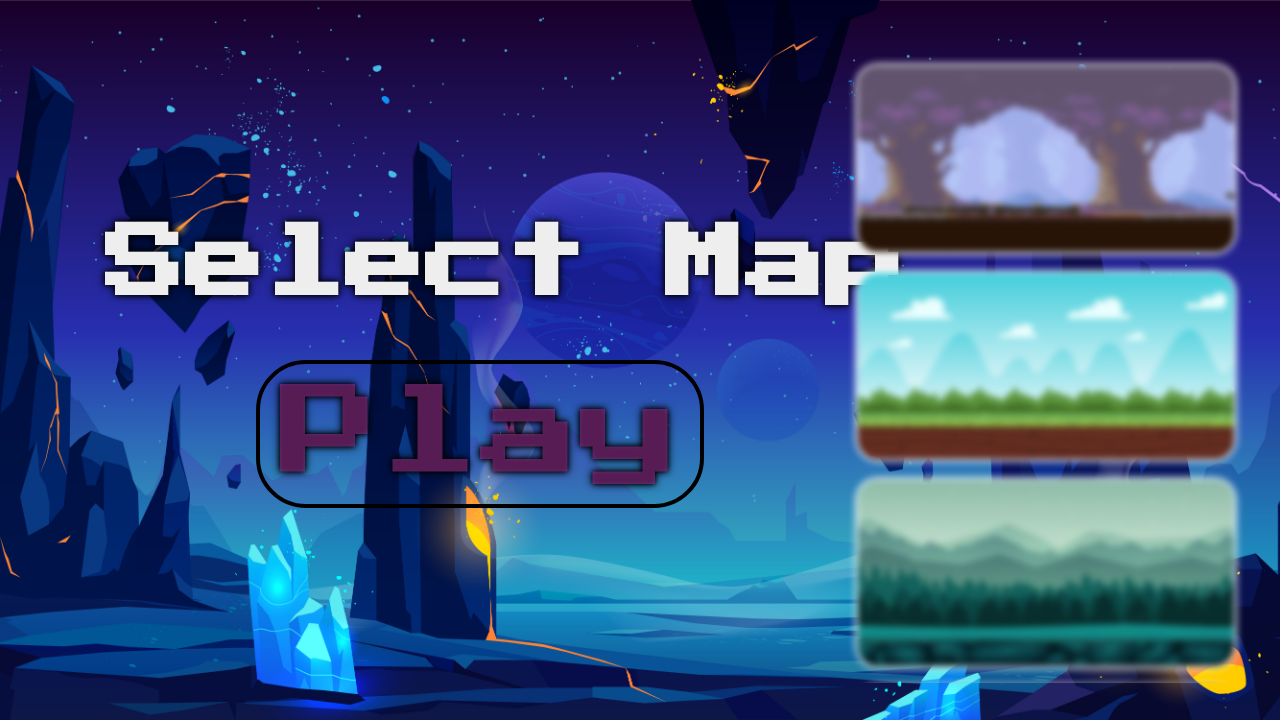
Repository: Gaurav31052/Fighting-game
Page: home.html
These files come from the project's save history. The page is drawn as it stood at one moment and after a run of saves; the edit follows.
The browser window is 1280 px wide. The pictures show the whole page.
An inner scrolling area shows only its first screen.

Above is the page before, as saved 2024-06-06 23:38:06.

### home.html
<!DOCTYPE html>
<html lang="en">

<head>
    <meta charset="UTF-8">
    <meta name="viewport" content="width=device-width, initial-scale=1.0">
    <title>Document</title>
    <link href="https://fonts.googleapis.com/css2?family=Press+Start+2P&display=swap" rel="stylesheet">
    <link rel="stylesheet" href="style.css">
</head>

<body>


    <!-- carousel -->
    <div class="carousel">
        <!-- list item -->
        <div class="list">
            <div class="item">

                <div class="MapName">
                   <h1 id="name">Select Map</h1>
                </div>

                <img id="mainbox" src="img/home.jpg" alt="">

                <button id="btn"><a href='game.html'>Play</a></button>
            </div>

        </div>


        <!-- list thumnail -->
        <div class="thumbnail" id="about">

            <div class="item" id="bg1"><img class="myimg" src="./img/background1.jpg" alt=""></div>
            <div class="item" id="bg2"><img class="myimg" src="./img/background2.jpg" alt=""></div>
            <div class="item" id="bg3"><img class="myimg" src="./img/background3.jpg" alt=""></div>
            <div class="item" id="bg4"><img class="myimg" src="./img/background4.jpg" alt=""></div>
            <div class="item" id="bg5"><img class="myimg" src="./img/background5.jpg" alt=""></div>
            <div class="item" id="bg6"><img class="myimg" src="./img/background6.jpg" alt=""></div>
            <!-- <div class="item"><img src="img/background.jpg" alt=""></div>
                <div class="item"><img src="img/background.jpg" alt=""></div>
                <div class="item"><img src="img/background.jpg" alt=""></div>
                <div class="item"><img src="img/background.jpg" alt=""></div>
                <div class="item"><img src="img/background.jpg" alt=""></div> -->

        </div>


    </div>

    <script src="home.js"></script>

</body>

</html>

### style.css

body {
    margin: 0;
    background-color: #000;
    color: #eee;
    font-family: Poppins;
    font-size: 12px;
    overflow: hidden;
}

a {
    text-decoration: none;
    color: #8b2c84a2;
}

/* carousel */
.carousel {
    height: 100vh;
    width: 100vw;
    overflow: hidden;
    position: relative;
}

.carousel .list .item {
    width: 100%;
    height: 100%;
    position: absolute;
    inset: 0 0 0 0;

}

.carousel .list .item img {
    width: 100%;
    height: 100%;
    object-fit: cover;

}

.carousel .list .item button {

    position: absolute;
    top: 50%;
    left: 20%;
    font-size: 100px;
    font-family: "Press Start 2P", system-ui;
    text-align: center;
    /* padding-top: 100px; */
    text-shadow: 0 0 10px #000000, 0 0 5px #000000;
   padding: 20px;
    background: transparent;
    border: none;
}
#btn{
    border: 4px solid black;
    border-radius: 50px;

}

.MapName {
    /* background: red; */
    position: absolute;
    height: 130px;
    width: 830px;
    top: 200px;
    left: 90px;
    display: flex;
    justify-content: space-around;
    align-items: center;
    font-family: "Press Start 2P", system-ui;
    text-shadow: 0 0 10px #000000, 0 0 5px #000000;
}
.MapName>h1{
    font-size: 80px;
}



/* thumbail */
.thumbnail {
    position: absolute;
    top: 6%;
    left: 65%;
    width: max-content;
    z-index: 100;
    gap: 15px;
    width: 460px;
    height: 615px;
    overflow: scroll;
    padding: 5px;
    padding-top: 20px;

    scroll-behavior: initial;
    display: flex;
    flex-direction: column;
    align-items: center;

}

.thumbnail .item {
    width: fit-content;
    flex-shrink: 0;
    position: relative;
    list-style-type: none;
    padding: 3px;
}

#about {
    scrollbar-width: none;
}

.thumbnail .item img {
    width: 90%;
    height: 100%;
    object-fit: cover;
    border-radius: 20px;
    box-shadow: 0 0 5px #fff, 0 0 5px #fff, 0 0 5px #fff, 0 0 5px #fff;
}

.myimg {
    filter: blur(3px);
}

.myimg:hover {
    filter: none;
    scale: 1.1;
    transition: 0.5s ease-in;
}

#leftimg {
    scale: 4;
}

#rightimg {
    scale: 3;
}

### home.js
let userchoice;

const setmap = document.getElementById("mainbox");
const choices = document.querySelectorAll(".myimg");
choices.forEach((e) => {
    e.addEventListener("click", () => {
        userchoice = e.getAttribute("src");
        setmap.src = userchoice;
        localStorage.setItem(1,userchoice);
        console.log(userchoice);
        if(userchoice === "./img/background1.jpg"){
            document.getElementById('name').innerHTML = "Bloom";
        }
        else if(userchoice === "./img/background2.jpg"){
            document.getElementById('name').innerHTML = "Skyris";
        }
        else if(userchoice === "./img/background3.jpg"){
            document.getElementById('name').innerHTML = "Night Hawl";
        }
        else if(userchoice === "./img/background4.jpg"){
            document.getElementById('name').innerHTML = "Caves";
        }
        else if(userchoice === "./img/background5.jpg"){
            document.getElementById('name').innerHTML = "Bind";
        }
        else if(userchoice === "./img/background6.jpg"){
            document.getElementById('name').innerHTML = "Forest";
        }
    })
});

var home_music =new Audio("./audio/background sound.mp3");
home_music.play();
home_music.loop=true;
home_music.volume=0.1;

After the next 8 saves:
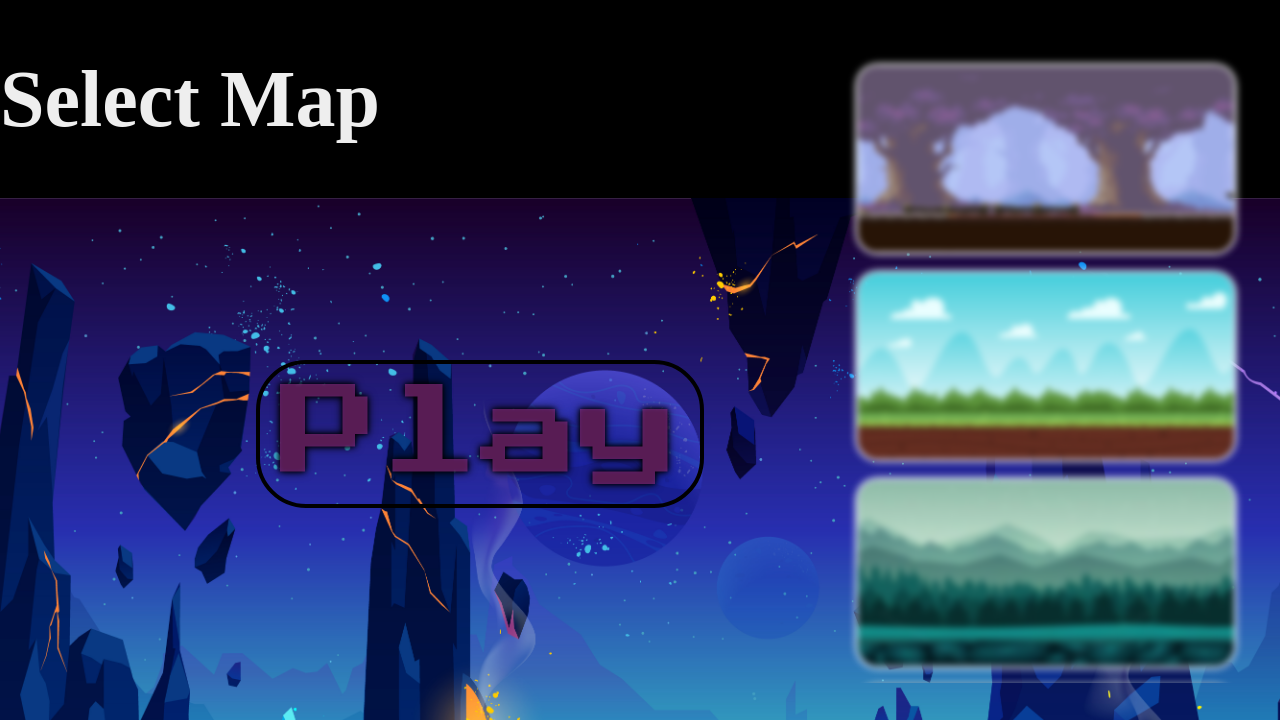
The 8 saves are shown as one change because they came seconds apart.
The last was saved 18 s later.
--- a/style.css
+++ b/style.css
@@ -55,6 +55,7 @@
     border-radius: 50px;
 
 }
+button
 
 .MapName {
     /* background: red; */

After the 2 saves that followed:
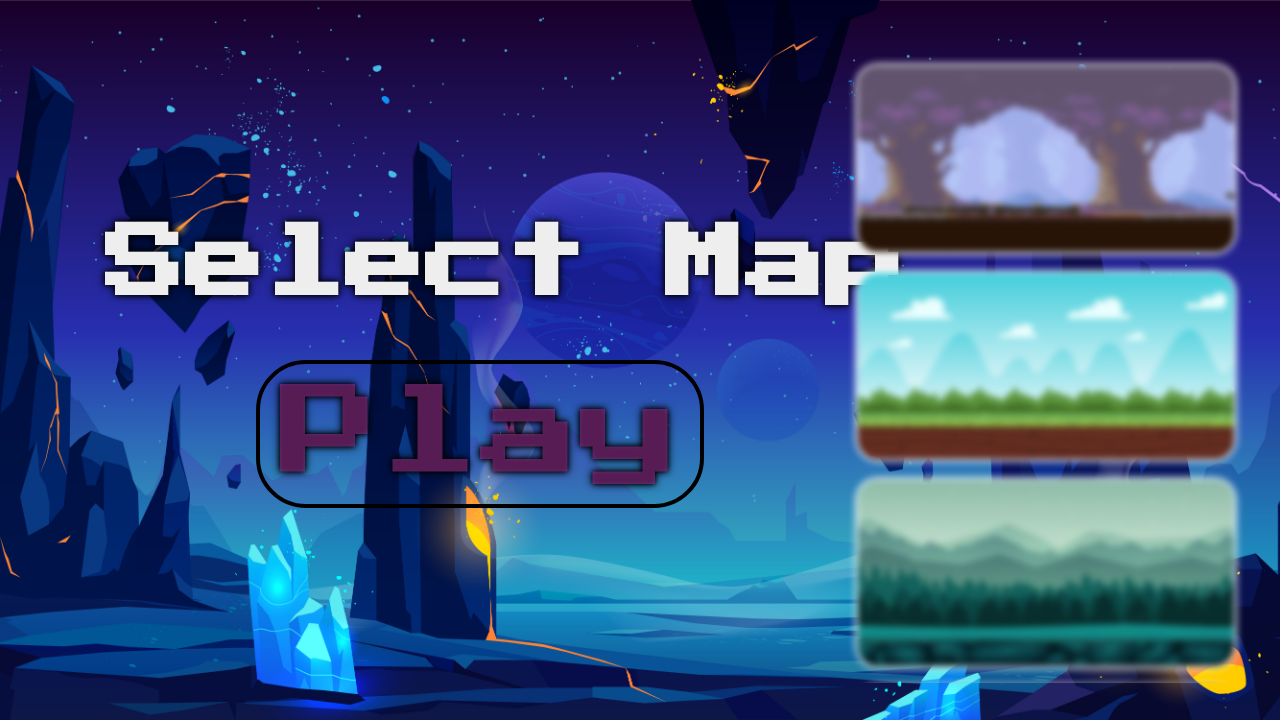
The 2 saves are shown as one change because they came seconds apart.
The last was saved 7 s later.
--- a/style.css
+++ b/style.css
@@ -55,7 +55,9 @@
     border-radius: 50px;
 
 }
-button
+button:hover{
+
+}
 
 .MapName {
     /* background: red; */
